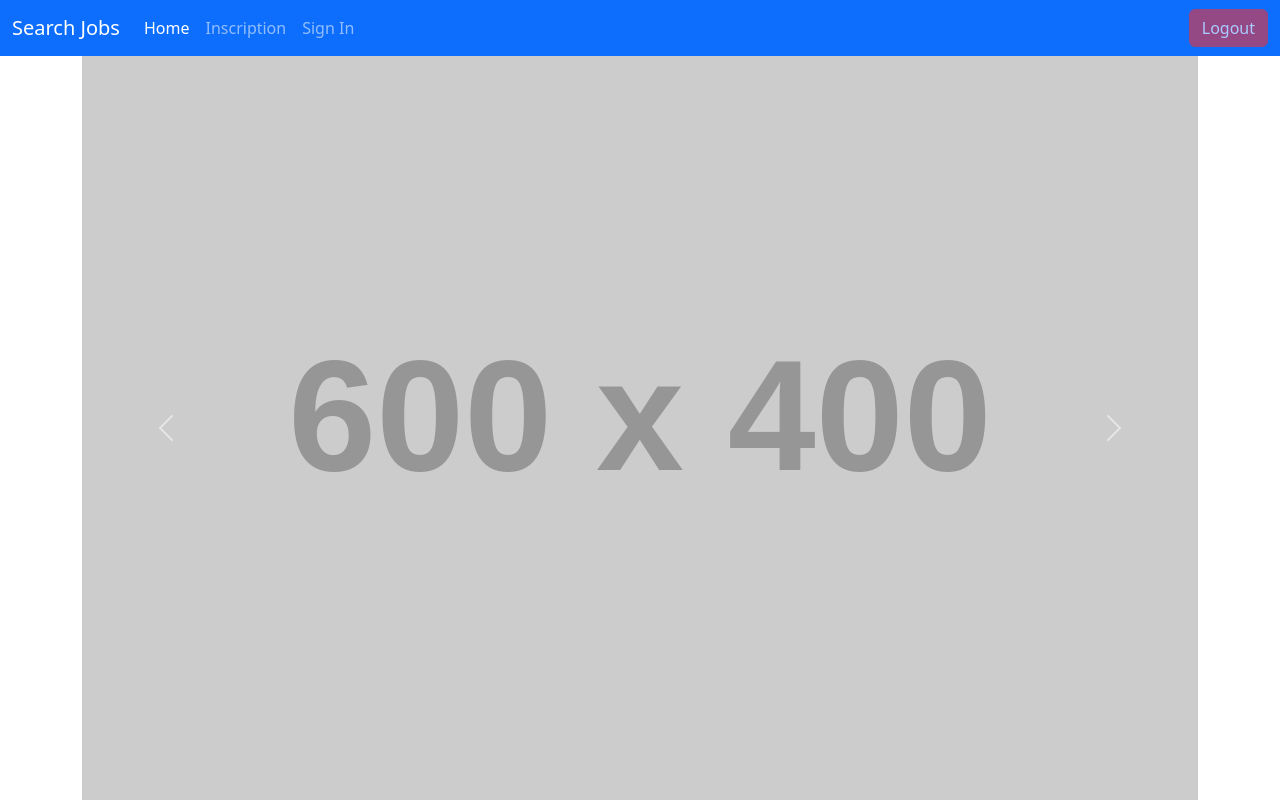
Repository: moAllElite/Examen-EJB-WEB-EAR
Page: http://localhost/SearchJobsWeb/
These files come from the project's save history. The page is drawn as it stood at one moment and after the next save; the edit follows.
The browser window is 1280 px wide. The pictures show the whole page.
The page is served by Tomcat 9. Nobody is signed in. The application's start-up code is not run. Other server files are loaded and not shown.

Above is the page before, as saved 2023-03-21 20:37:19.

### SearchJobsWeb/src/main/webapp/index.jsp
<%@ page language="java" contentType="text/html; charset=ISO-8859-1"
    pageEncoding="ISO-8859-1"%>
<!DOCTYPE html>
<html id="html">
<head>
<meta charset="ISO-8859-1">
		 <link href="https://cdn.jsdelivr.net/npm/bootstrap@5.3.0-alpha1/dist/css/bootstrap.min.css" rel="stylesheet" integrity="sha384-GLhlTQ8iRABdZLl6O3oVMWSktQOp6b7In1Zl3/Jr59b6EGGoI1aFkw7cmDA6j6gD" crossorigin="anonymous">
		<title>Home</title>

	</head>
	<body>
		<nav class="navbar navbar-expand-lg bg-primary" data-bs-theme="dark">
				 <div class="container-fluid">
				    <a class="navbar-brand" href="Error">Search Jobs</a>
				    <button class="navbar-toggler" type="button" data-bs-toggle="collapse" data-bs-target="#navbarText" aria-controls="navbarText" aria-expanded="false" aria-label="Toggle navigation">
				      <span class="navbar-toggler-icon"></span>
				    </button>
				    <div class="collapse navbar-collapse" id="navbarText">
				      <ul class="navbar-nav me-auto mb-2 mb-lg-0">
				        <li class="nav-item">
				          <a class="nav-link active" aria-current="page" href="Home">Home</a>
				        </li>
				        <li class="nav-item">
				          <a class="nav-link" href="Inscription">Inscription</a>
				        </li>
				        <li class="nav-item">
				          <a class="nav-link" href="Login">Sign In</a>
				        </li>
				      </ul>
				      <button class="btn btn-danger "  disabled="disabled">Logout</button>
				    </div>
				  </div>
			</nav>
			<div class="container">
					<div id="carouselExampleInterval" class="carousel slide" data-bs-ride="carousel">
			  <div class="carousel-inner">
			    <div class="carousel-item active" data-bs-interval="10000">
			      <img src="https://placehold.co/600x400/png" class="d-block w-100" alt="...">
			    </div>
			    <div class="carousel-item" data-bs-interval="2000">
			      <img src="https://placehold.co/600x400/png" class="d-block w-100" alt="...">
			    </div>
			    <div class="carousel-item">
			      <img src="https://placehold.co/600x400/png" class="d-block w-100" alt="...">
			    </div>
			  </div>
			  <button class="carousel-control-prev" type="button" data-bs-target="#carouselExampleInterval" data-bs-slide="prev">
			    <span class="carousel-control-prev-icon" aria-hidden="true"></span>
			    <span class="visually-hidden">Previous</span>
			  </button>
			  <button class="carousel-control-next" type="button" data-bs-target="#carouselExampleInterval" data-bs-slide="next">
			    <span class="carousel-control-next-icon" aria-hidden="true"></span>
			    <span class="visually-hidden">Next</span>
			  </button>
			</div>
			</div>
		<script src="https://cdn.jsdelivr.net/npm/@popperjs/core@2.11.6/dist/umd/popper.min.js" integrity="sha384-oBqDVmMz9ATKxIep9tiCxS/Z9fNfEXiDAYTujMAeBAsjFuCZSmKbSSUnQlmh/jp3" crossorigin="anonymous"></script>
		<script src="https://cdn.jsdelivr.net/npm/bootstrap@5.3.0-alpha1/dist/js/bootstrap.min.js" integrity="sha384-mQ93GR66B00ZXjt0YO5KlohRA5SY2XofN4zfuZxLkoj1gXtW8ANNCe9d5Y3eG5eD" crossorigin="anonymous"></script>

	</body>
	</html>

After the next save:
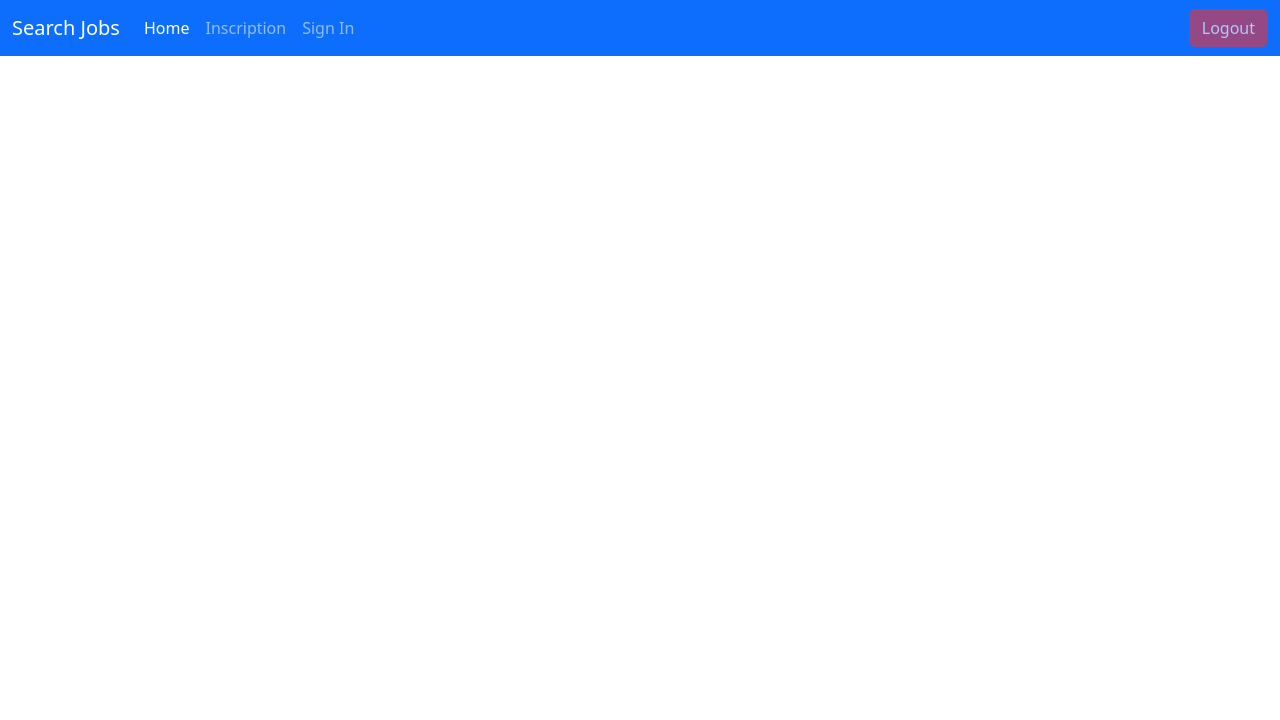
Saved 41 s later.
--- a/SearchJobsWeb/src/main/webapp/index.jsp
+++ b/SearchJobsWeb/src/main/webapp/index.jsp
@@ -31,29 +31,7 @@
 				    </div>
 				  </div>
 			</nav>
-			<div class="container">
-					<div id="carouselExampleInterval" class="carousel slide" data-bs-ride="carousel">
-			  <div class="carousel-inner">
-			    <div class="carousel-item active" data-bs-interval="10000">
-			      <img src="https://placehold.co/600x400/png" class="d-block w-100" alt="...">
-			    </div>
-			    <div class="carousel-item" data-bs-interval="2000">
-			      <img src="https://placehold.co/600x400/png" class="d-block w-100" alt="...">
-			    </div>
-			    <div class="carousel-item">
-			      <img src="https://placehold.co/600x400/png" class="d-block w-100" alt="...">
-			    </div>
-			  </div>
-			  <button class="carousel-control-prev" type="button" data-bs-target="#carouselExampleInterval" data-bs-slide="prev">
-			    <span class="carousel-control-prev-icon" aria-hidden="true"></span>
-			    <span class="visually-hidden">Previous</span>
-			  </button>
-			  <button class="carousel-control-next" type="button" data-bs-target="#carouselExampleInterval" data-bs-slide="next">
-			    <span class="carousel-control-next-icon" aria-hidden="true"></span>
-			    <span class="visually-hidden">Next</span>
-			  </button>
-			</div>
-			</div>
+
 		<script src="https://cdn.jsdelivr.net/npm/@popperjs/core@2.11.6/dist/umd/popper.min.js" integrity="sha384-oBqDVmMz9ATKxIep9tiCxS/Z9fNfEXiDAYTujMAeBAsjFuCZSmKbSSUnQlmh/jp3" crossorigin="anonymous"></script>
 		<script src="https://cdn.jsdelivr.net/npm/bootstrap@5.3.0-alpha1/dist/js/bootstrap.min.js" integrity="sha384-mQ93GR66B00ZXjt0YO5KlohRA5SY2XofN4zfuZxLkoj1gXtW8ANNCe9d5Y3eG5eD" crossorigin="anonymous"></script>
 
